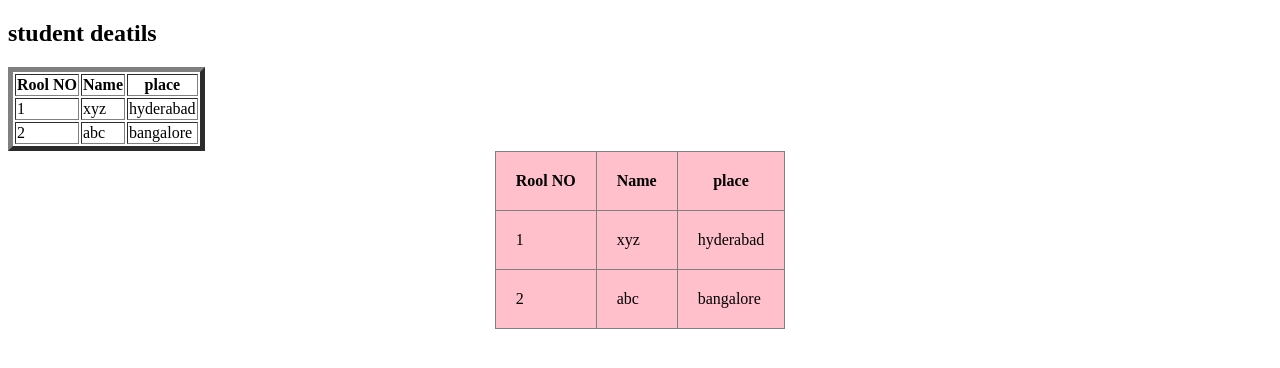
Repository: viveknaidu007/repo-113-HTML
Page: 3.html
An editor plug-in stored every save of this project. The page is shown before and after the next save, followed by the edit.
The browser window is 1280 px wide. The pictures show the whole page.

Above is the page before, as saved 2024-06-10 19:57:12.

### 3.html
<!DOCTYPE html>
<html>
    <head>
        <title> Table Demo </title>
    </head>

    <body>
        <h2> student deatils</h2>
        <table border="5">

            <tr>
                <th> Rool NO</th>
                <th> Name</th>
                <th> place</th>
            </tr>

            <tr>
                <td>1</td>
                <td>xyz</td>
                <td>hyderabad</td>
            </tr>

            <tr>
                <td>2</td>
                <td>abc</td>
                <td>bangalore</td>
            </tr>

        </table>

        <table border="1" style="border-collapse:collapse" cellpadding="20" cellspacing="5" align="center" bgcolor="pink">

            <tr>
                <th> Rool NO</th>
                <th> Name</th>
                <th> place</th>
            </tr>

            <tr>
                <td>1</td>
                <td>xyz</td>
                <td>hyderabad</td>
            </tr>

            <tr>
                <td>2</td>
                <td>abc</td>
                <td>bangalore</td>
            </tr>

        </table>

    </body>
</html>

After the next save:
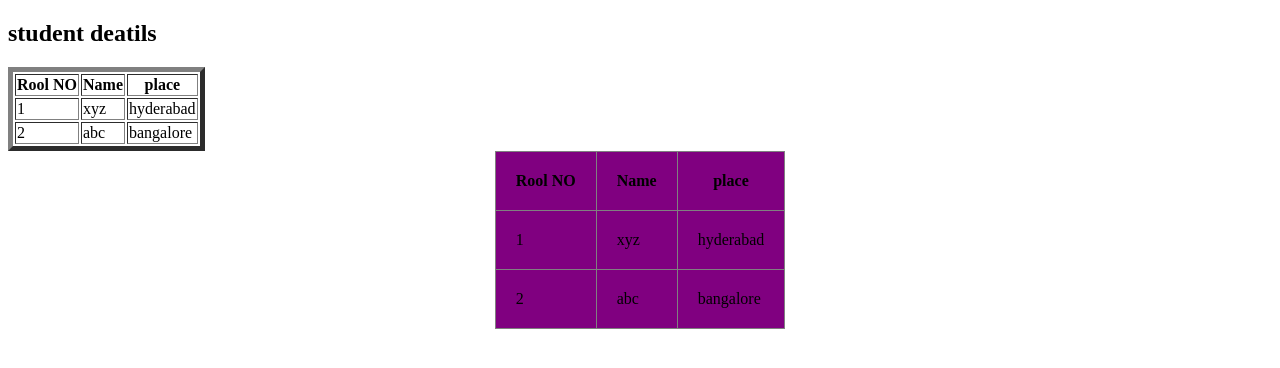
Saved 15 s later.
--- a/3.html
+++ b/3.html
@@ -28,7 +28,7 @@
 
         </table>
 
-        <table border="1" style="border-collapse:collapse" cellpadding="20" cellspacing="5" align="center" bgcolor="pink">
+        <table border="1" style="border-collapse:collapse" cellpadding="20" cellspacing="5" align="center" bgcolor="purple">
 
             <tr>
                 <th> Rool NO</th>
